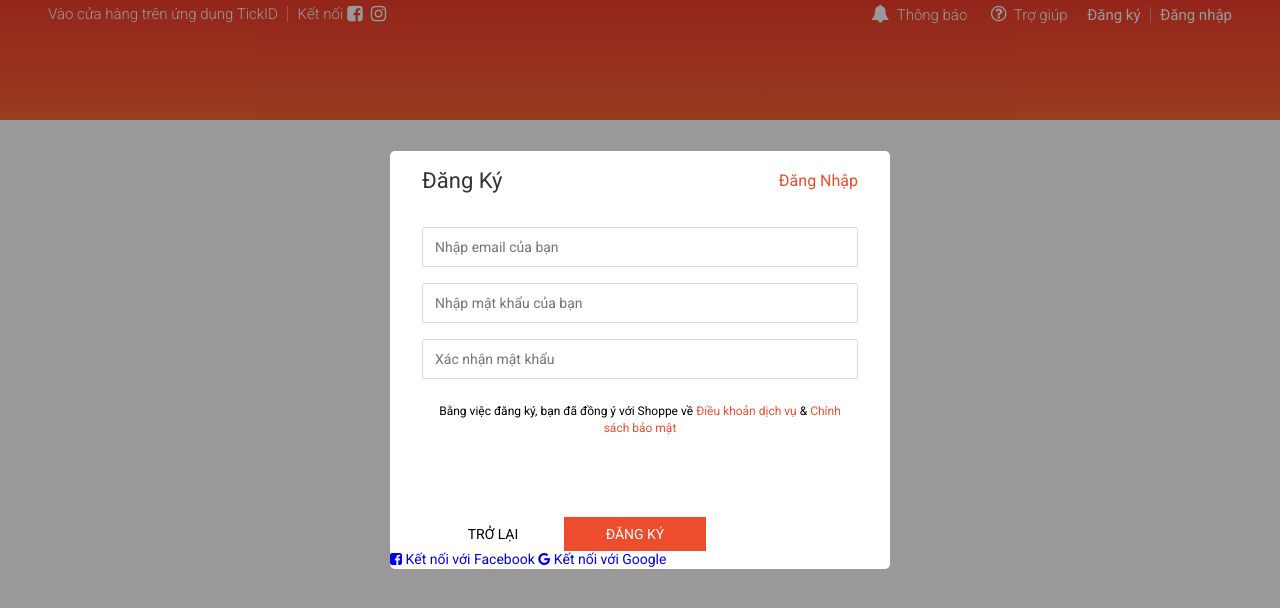
Repository: huydev0401/F8-Shop
Page: index.html
The author's editor kept a copy of each file at every save. The page is drawn from the files as they stood at one save, then again after the next save.
The browser window is 1280 px wide. The pictures show the whole page.

Above is the page before, as saved 2021-08-12 16:34:06.

### index.html
<!DOCTYPE html>
<html lang="en">
<head>
    <meta charset="UTF-8">
    <meta http-equiv="X-UA-Compatible" content="IE=edge">
    <meta name="viewport" content="width=device-width, initial-scale=1.0">
    <title>Document</title>
    <link rel="stylesheet" href="https://cdnjs.cloudflare.com/ajax/libs/font-awesome/4.7.0/css/font-awesome.css">
    <link rel="preconnect" href="https://fonts.googleapis.com">
    <link rel="preconnect" href="https://fonts.gstatic.com" crossorigin>
    <link href="https://fonts.googleapis.com/css2?family=Roboto:wght@300;400;700&display=swap" rel="stylesheet">
    <link rel="stylesheet" href="https://cdnjs.cloudflare.com/ajax/libs/normalize/8.0.1/normalize.min.css">
    <link rel="stylesheet" href="./assets/css/base.css">
    <link rel="stylesheet" href="./assets/css/main.css">
</head>
<body>
    <header class="header">
        <nav class="navbar grid">
            <ul class="navbar__list">
                <li class="navbar__item navbar__item--has-qr navbar__item--separate">
                    Vào cửa hàng trên ứng dụng TickID
                    <div class="header-qr">
                        <img src="./assets/img/qr_code.png" alt="QR Code" class="header-qr__img">
                        <div class="header-qr__apps">
                            <a href="#" class="header-qr__link">
                                <img class="header-qr__app" src="./assets/img/google_play.png" alt="google play">
                            </a>
                            <a href="#" class="header-qr__link">
                                <img class="header-qr__app" src="./assets/img/app_store.png" alt="app store">
                            </a>
                            <a href="#" class="header-qr__link">
                                <img class="header-qr__app" src="./assets/img/app_gallery.png" alt="app gallery">
                            </a>
                        </div>
                    </div>
                </li>
                <li class="navbar__item">
                    <span class="text-white cursor-text">Kết nối</span>
                    <a class="navbar-icon__link" href="#">
                        <i class="navbar__icon fa fa-facebook-square"></i>
                    </a>
                    <a class="navbar-icon__link" href="#">
                        <i class="navbar__icon fa fa-instagram"></i>
                    </a>
                </li>
            </ul>
            <ul class="navbar__list">
                <li class="navbar__item navbar__item--has-noti">
                    <a href="#" class="navbar__link">
                        <i class="navbar__icon fa fa-bell"></i>
                        Thông báo
                    </a>
                    <div class="header__noti">
                        <div class="noti__heading">
                            <h3>Thông báo mới nhận</h3>
                        </div>
                        <ul class="noti__list">
                            <li class="noti__item">
                                <a href="#" class="noti__link">
                                    <img src="https://images.unsplash.com/photo-1484399172022-72a90b12e3c1?ixid=MnwxMjA3fDB8MHxwaG90by1wYWdlfHx8fGVufDB8fHx8&ixlib=rb-1.2.1&auto=format&fit=crop&w=1050&q=80" alt="" class="noti__image">
                                    <div class="noti__info">
                                        <span class="noti__name">Xác thực chính hãng nguồn gốc các sản phẩm Ohui</span>
                                        <span class="noti__desc">Xác thực chính hãng nguồn gốc các sản phẩm Ohui</span>
                                    </div>
                                </a>
                            </li>
                            <li class="noti__item noti__item--unread">
                                <a href="#" class="noti__link">
                                    <img src="https://images.unsplash.com/photo-1484399172022-72a90b12e3c1?ixid=MnwxMjA3fDB8MHxwaG90by1wYWdlfHx8fGVufDB8fHx8&ixlib=rb-1.2.1&auto=format&fit=crop&w=1050&q=80" alt="" class="noti__image">
                                    <div class="noti__info">
                                        <span class="noti__name">Xác thực chính hãng nguồn gốc các sản phẩm Ohui</span>
                                        <span class="noti__desc">Xác thực chính hãng nguồn gốc các sản phẩm Ohui</span>
                                    </div>
                                </a>
                            </li>
                            <li class="noti__item noti__item--unread">
                                <a href="#" class="noti__link">
                                    <img src="https://images.unsplash.com/photo-1484399172022-72a90b12e3c1?ixid=MnwxMjA3fDB8MHxwaG90by1wYWdlfHx8fGVufDB8fHx8&ixlib=rb-1.2.1&auto=format&fit=crop&w=1050&q=80" alt="" class="noti__image">
                                    <div class="noti__info">
                                        <span class="noti__name">Xác thực chính hãng nguồn gốc các sản phẩm Ohui</span>
                                        <span class="noti__desc">Xác thực chính hãng nguồn gốc các sản phẩm Ohui</span>
                                    </div>
                                </a>
                            </li>
                            <li class="noti__item noti__item--unread">
                                <a href="#" class="noti__link">
                                    <img src="https://images.unsplash.com/photo-1484399172022-72a90b12e3c1?ixid=MnwxMjA3fDB8MHxwaG90by1wYWdlfHx8fGVufDB8fHx8&ixlib=rb-1.2.1&auto=format&fit=crop&w=1050&q=80" alt="" class="noti__image">
                                    <div class="noti__info">
                                        <span class="noti__name">Xác thực chính hãng nguồn gốc các sản phẩm Ohui</span>
                                        <span class="noti__desc">Xác thực chính hãng nguồn gốc các sản phẩm Ohui</span>
                                    </div>
                                </a>
                            </li>
                        </ul>
                        <div class="noti__footer">
                            <a href="#" class="noti__btn">Xem tất cả</a>
                        </div>
                    </div>
                </li>
                <li class="navbar__item">
                    <a href="#" class="navbar__link">
                        <i class="navbar__icon fa fa-question-circle-o"></i>
                        Trợ giúp
                    </a>
                </li>
                <li class="navbar__item navbar__item--bold navbar__item--separate">Đăng ký</li>
                <li class="navbar__item navbar__item--bold">Đăng nhập</li>
            </ul>
        </nav>
    </header>
    <main class="wrapper">

    </main>
    <footer class="footer">

    </footer>

    <!-- Modal -->
    <div class="modal">
        <div class="modal__overlay"></div>
        <div class="modal__content">
            <!-- authe form -->
            <div class="auth-form">
                <div class="auth-form__container">
                    <div class="authe-form__header">
                        <h3 class="authe-form__heading">Đăng Ký</h3>
                        <span class="authe-form__switch-btn">Đăng Nhập</span>
                    </div>
                    <div class="authe-form__form">
                        <div class="authe-form__group">
                            <input type="text" class="authe-form__input" placeholder="Nhập email của bạn">
                        </div>
                        <div class="authe-form__group">
                            <input type="password" class="authe-form__input" placeholder="Nhập mật khẩu của bạn">
                        </div>
                        <div class="authe-form__group">
                            <input type="password" class="authe-form__input" placeholder="Xác nhận mật khẩu">
                        </div>
                    </div>
                    <div class="authe-form__aside">
                        <p class="authe-form__text-text">
                            Bằng việc đăng ký, bạn đã đồng ý với Shoppe về
                            <a href="#" class="authe-form__text-link">Điều khoản dịch vụ</a> &
                            <a href="#" class="authe-form__text-link">Chính sách bảo mật</a>
                        </p>
                    </div>
                    <div class="authe-form__controls">
                        <button class="btn">TRỞ LẠI</button>
                        <button class="btn btn--primary">ĐĂNG KÝ</button>
                    </div>
                </div>
                <div class="authe-form__socials">
                    <a href="#" class="btn btn--with-icon">
                        <i class="fa fa-facebook-square"></i>
                        Kết nối với Facebook
                    </a>
                    <a href="#" class="btn btn--with-icon">
                        <i class="fa  fa-google"></i>
                        Kết nối với Google
                    </a>
                </div>
            </div>
        </div>
    </div>
</body>
</html>

### assets/css/base.css
:root {
    --white_color: #fff;
    --black_color: #000;
    --text_color: #333;
    --primary_color: #ee4d2d;
    --border_color: #dbdbdb;
}

* {
    box-sizing: inherit;
}

html {
    font-size: 62.5%;
    line-height: 1.6rem;
    box-sizing: border-box;
    font-family: 'Roboto', sans-serif;
}

.grid {
    width: 1200px;
    max-width: 100%;
    margin: 0 auto;
}

.grid__full-width {
    width: 100%;
}

.grid__row {
    display: flex;
    flex-wrap: wrap;
}

.text-white {
    color: #fff;
}

.cursor-text {
    cursor: text;
}

/* Modal */
.modal {
    display: flex;
    position: fixed;
    top: 0;
    right: 0;
    bottom: 0;
    left: 0;
}

.modal__overlay {
    position: absolute;
    top: 0;
    left: 0;
    width: 100%;
    height: 100%;
    background-color: rgba(0, 0, 0, .4);
}

.modal__content {
    margin: auto;
    border-radius: 5px;
    background-color: var(--white_color);
    position: relative;
    z-index: 1;
}

/* button style */
.btn {
    min-width: 142px;
    background: none;
    border: none;
    outline: none;
    text-decoration: none;
    font-size: 1.4rem;
    padding: 9px 0;
}

.btn.btn--primary {
    background-color: var(--primary_color);
    color: var(--white_color);
}

### assets/css/main.css
.header {
    height: 120px;
    background-image: linear-gradient(to bottom, #f53e2d, #fe6433 );
}

.navbar {
    display: flex;
    justify-content: space-between;
}

.navbar__list {
    list-style: none;
    padding-left: 0;
    font-size: 1.5rem;
    font-weight: 300;
    margin-top: 5px;
}

.navbar__item {
    display: inline-block;
    margin: 0 8px;
    color: var(--white_color);
    position: relative;
    transition: all .2s linear;
    min-height: 18px;
}

.navbar__item--has-noti:hover .header__noti {
    display: block;
}

.navbar__item--has-qr:hover .header-qr {
    display: block;
}

.navbar__item--separate::after {
    content: " ";
    border-right: 1px solid #fb9086;
    height: 16px;
    position: absolute;
    top: 50%;
    right: -10px;
    transform: translateY(-50%);
}

.navbar__item--bold {
    font-weight: 400;
}

.navbar__link {
    color: var(--white_color);
    text-decoration: none;
    transition: all .2s linear;
}

.navbar__item:hover,
.navbar__link:hover,
.navbar-icon__link:hover {
    color: rgba(255, 255, 255, .7);
    cursor: pointer;
}

.navbar__item,
.navbar-icon__link {
    display: inline-flex;
    align-items: center;
}

.navbar-icon__link {
    color: var(--white_color);
    text-decoration: none;
}

.navbar__icon {
    font-size: 18px;
    margin: 0 4px;
}

.header-qr {
    background-color: var(--white_color);
    width: 180px;
    position: absolute;
    top: 140%;
    left: 0;
    padding: 8px;
    border-radius: 2px;
    display: none;
    animation: fadeIn linear .3s;
    will-change: opacity;
}

@keyframes fadeIn {
    from {
        opacity: 0;
    }
    to {
        opacity: 1;
    }
}

.header-qr::before {
    content: "";
    position: absolute;
    top: -18px;
    left: 0;
    width: 100%;
    height: 20px;
    display: block;
}

.header-qr__img {
    width: 100%;
}

.header-qr__apps {
    display: flex;
    justify-content: space-between;
    flex-wrap: wrap;
}

.header-qr__link {
    width: calc(50% - 10px);
    margin: 5px 0 5px 10px;
}

.header-qr__app {
    height: 15px;
}

.header__noti {
    position: absolute;
    top: 140%;
    right: 0;
    width: 404px;
    background-color: var(--white_color);
    border: 1px solid #d3d3d3;
    cursor: default;
    transform-origin: calc(100% - 20px) top;
    animation: headerNotiGrowth ease-in .2s;
    will-change: opacity, transform;
    display: none;
}

@keyframes headerNotiGrowth {
    from {
        opacity: 0;
        transform: scale(0);
    }
    to {
        opacity: 1;
        transform: scale(1);
    }
}

.header__noti::before {
    content: "";
    position: absolute;
    top: -23px;
    right: 3px;
    border-width: 16px 30px;
    border-style: solid;
    border-color: transparent transparent var(--white_color) transparent;
}

.header__noti::after {
    content: "";
    position: absolute;
    top: -18px;
    right: 0;
    width: 110px;
    height: 20px;
    display: block;
}

.noti__heading {
    height: 40px;
    background-color: var(--white_color);
}

.noti__heading h3 {
    color: #999;
    margin: 0;
    font-weight: 400;
    font-size: 1.4rem;
    text-transform: capitalize;
    line-height: 40px;
    margin-left: 12px;
    user-select: none;
}

.noti__list {
    padding-left: 0;
}

.noti__item {
    transition: all .2s linear;
}

.noti__item:hover {
    background-color: #f7f7f7;
}

.noti__item--unread {
    background-color: rgba(238, 75, 43, 0.09);
}

.noti__link {
    display: flex;
    padding: 12px;
    text-decoration: none;
}

.noti__image {
    width: 48px;
    object-fit: contain;
}

.noti__info {
    margin-left: 12px;
}

.noti__name {
    display: block;
    font-size: 1.4rem;
    color: var(--black_color);
    font-weight: 400;
    margin-bottom: 5px;
}

.noti__desc {
    display: block;
    font-size: 1.2rem;
    color: #756f6e;
}

.noti__footer {
    text-align: center;
}

.noti__btn {
    text-decoration: none;
    color: var(--text_color);
    padding: 10px 0;
    width: 100%;
    font-size: 1.4rem;
    font-weight: 400;
    display: block;
}

/* Authe form */
.auth-form {
    max-width: 500px;
}

.auth-form__container {
    padding: 0 32px;
}

.authe-form__header {
    display: flex;
    align-items: center;
    justify-content: space-between;
}

.authe-form__heading {
    font-size: 2.2rem;
    font-weight: 400;
    color: var(--text_color);
}

.authe-form__switch-btn {
    font-size: 1.6rem;
    font-weight: 400;
    color: var(--primary_color);
    cursor: pointer;
}

.authe-form__input {
    width: 100%;
    height: 40px;
    margin-top: 16px;
    border-radius: 2px;
    border: 1px solid var(--border_color);
    padding: 0 12px;
    font-size: 1.4rem;
    outline: none;
}

.authe-form__input:focus {
    border-color: #888;
}

.authe-form__aside {
    margin-top: 24px;
}

.authe-form__text-text {
    font-size: 1.2rem;
    text-align: center;
    line-height: 1.4;
    padding: 0 12px;
}

.authe-form__text-link {
    color: var(--primary_color);
    text-decoration: none;
}

.authe-form__controls {
    margin-top: 80px;
    display: flex;
}

After the next save:
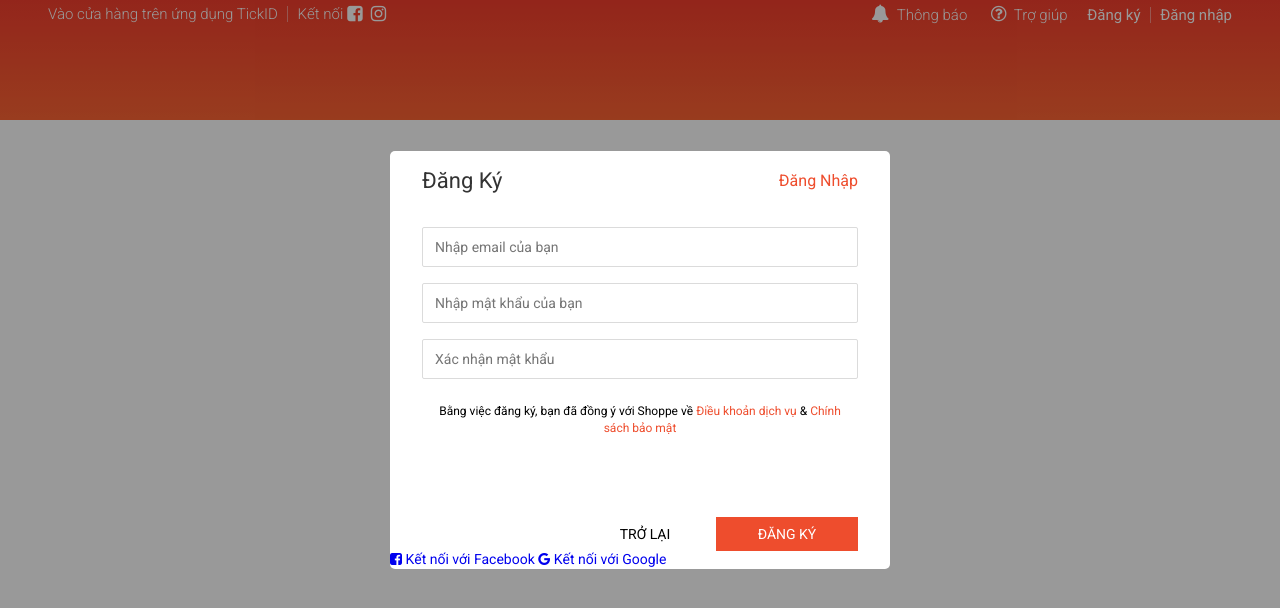
Saved 9 s later.
--- a/assets/css/main.css
+++ b/assets/css/main.css
@@ -309,4 +309,5 @@
 .authe-form__controls {
     margin-top: 80px;
     display: flex;
-}
+    justify-content: flex-end;
+}
